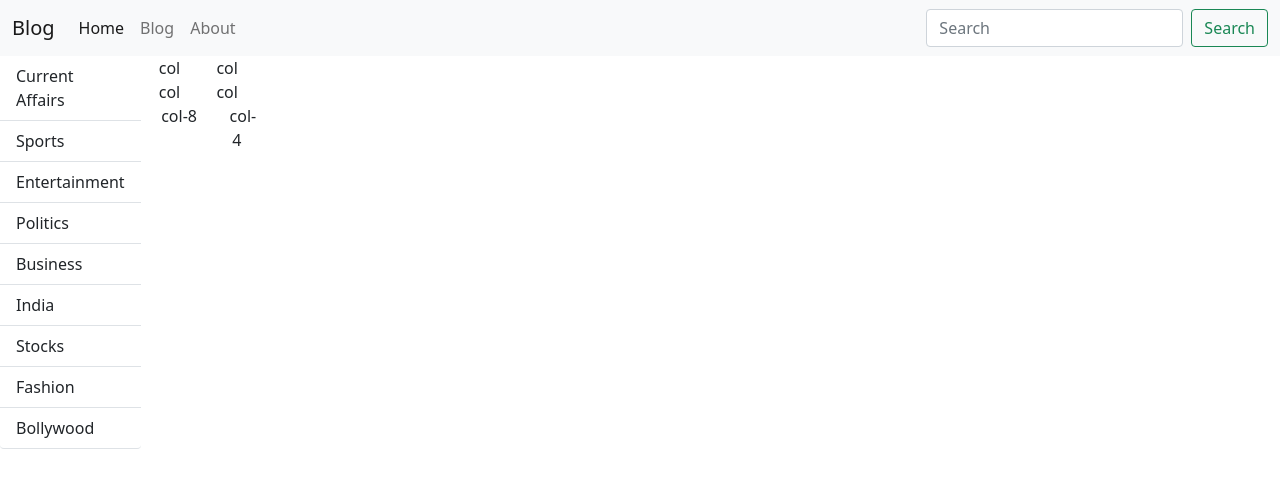
Repository: syni18/bootstrap_blog
Page: index.html
These files come from the project's save history. The page is drawn as it stood at one moment and after the next save; the edit follows.
The browser window is 1280 px wide. The pictures show the whole page.

Above is the page before, as saved 2023-10-25 21:17:11.

After the next save:
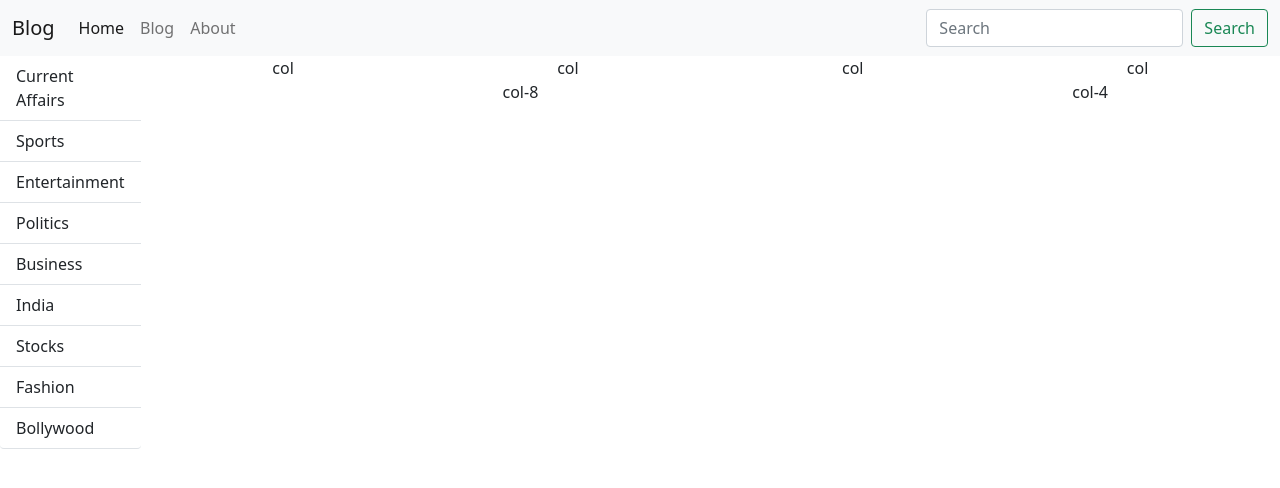
Saved 20 s later.
--- a/index.html
+++ b/index.html
@@ -89,7 +89,7 @@
         </div>
       </div>
     </nav>
-    <div class="p-0 d-flex" style="width: 20%">
+    <div class="p-0 d-flex">
       <ul class="list-group">
         <li class="list-group-item border-0 border-bottom">Current Affairs</li>
         <li class="list-group-item border-0 border-bottom">Sports</li>
